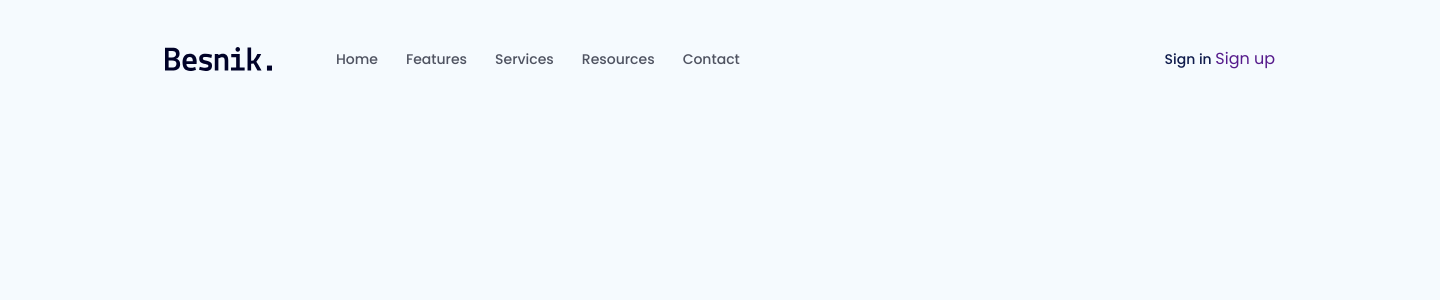
Repository: Tctiensk/f8-htmlcss-01
Page: index.html
An editor plug-in stored every save of this project. The page is shown before and after the next save, followed by the edit.
The browser window is 1280 px wide. The page is 1440 px wide, so the pictures cover 1440 px, including what lies to the right of the window. The pictures show the whole page.

Above is the page before, as saved 2022-11-29 13:53:30.

After the next save:
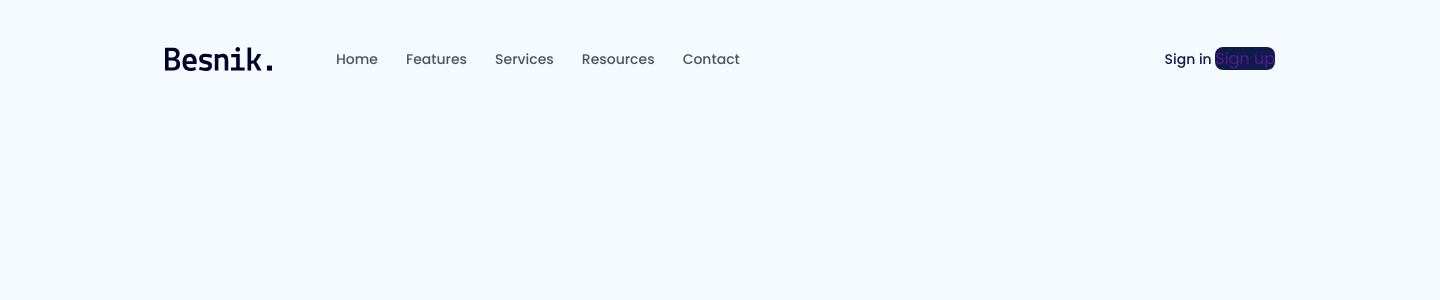
Saved 40 s later.
--- a/assets/css/style.css
+++ b/assets/css/style.css
@@ -49,3 +49,9 @@
     line-height: 21px;
     color: #0f1b4c;
 }
+.btn {
+    width: 98px;
+    height: 40px;
+    background: #0f1b4c;
+    border-radius: 8px;
+}

After the 3 saves that followed:
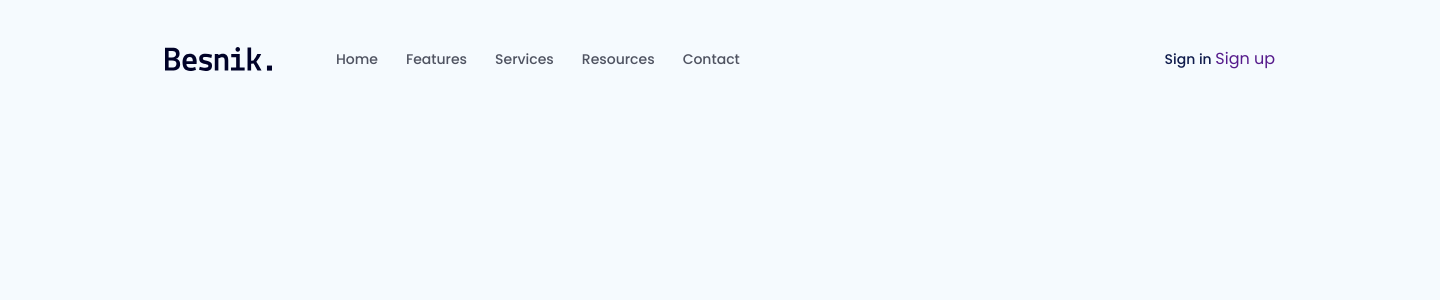
The 3 saves are shown as one change because 2 left the picture as it was.
The last was saved 101 s later.
--- a/assets/css/style.css
+++ b/assets/css/style.css
@@ -50,8 +50,8 @@
     color: #0f1b4c;
 }
 .btn {
-    width: 98px;
+    min-width: 98px;
     height: 40px;
-    background: #0f1b4c;
+    /* background-color: #0f1b4c; */
     border-radius: 8px;
 }
